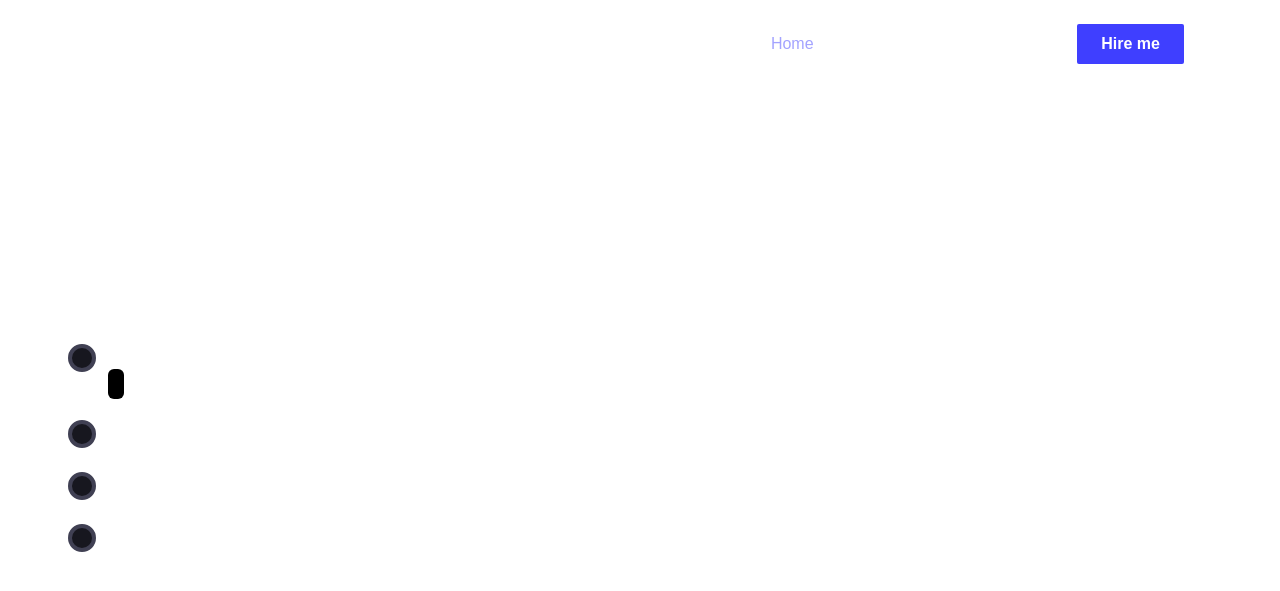
Repository: Alex0715/portfolio
Page: /
The author's editor kept a copy of each file at every save. The page is drawn from the files as they stood at one save, then again after the next save.
The browser window is 1280 px wide. The pictures show the whole page.
The project was rebuilt for these pictures with package versions that can differ from the ones it lists, and the page was loaded fresh each time. The framework's server and built-in components were replaced by stand-ins that run in the browser. Also part of the build but not shown: next.config.js.

Above is the page before, as saved 2022-02-03 21:52:34.

After the next save:
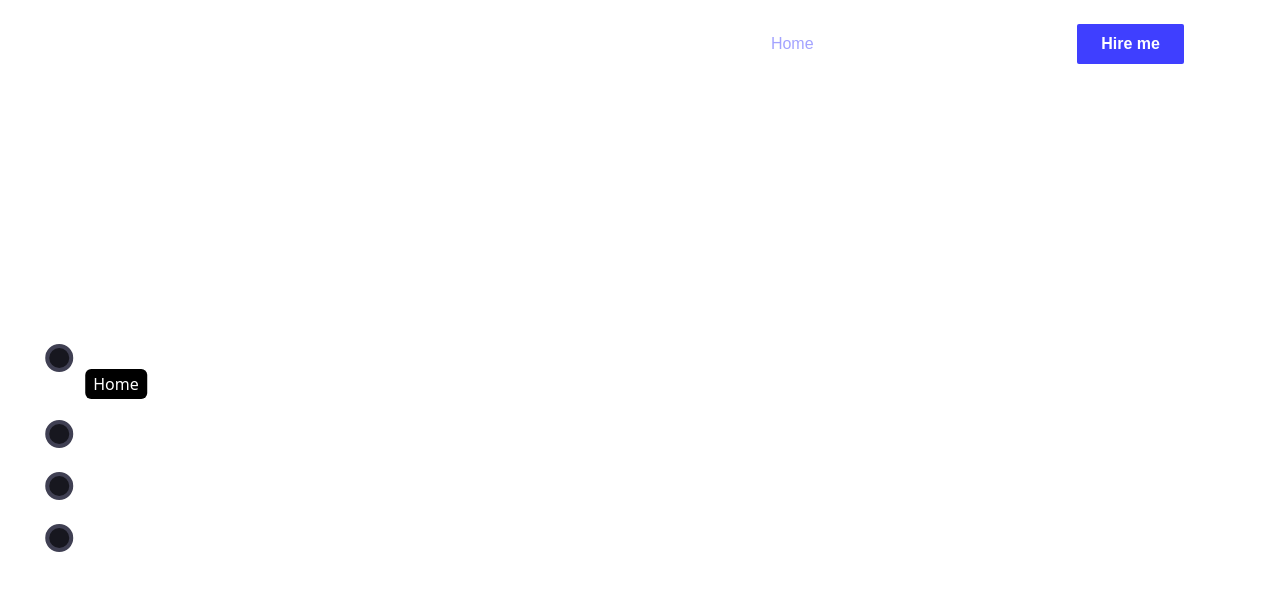
Saved 9 s later.
--- a/pages/components/Banner.js
+++ b/pages/components/Banner.js
@@ -5,7 +5,7 @@
         <nav className="inline-block lg:mr-24 lg:w-4 fixed left-percentage hidden xl:block">
         <div className="absolute left-50 transform -translate-x-1/2 space-y-6 mt-36">
         <a href="#" className="nav-dot selected-circle block w-7 h-7 rounded-full border-4 border-nav bg-body hover:bg-theme"><p className="px-8 py--1">works</p></a>
-        <span className="bg-black px-2 py-1 rounded-md ml-10 "></span>
+        <span className="bg-black px-2 py-1 rounded-md ml-10 ">Home</span>
         <a href="#" className="nav-dot selected-circle block w-7 h-7 rounded-full border-4 border-nav bg-body hover:bg-theme"><p className="px-8 py--1">works</p></a>
         <a href="#" className="nav-dot selected-circle block w-7 h-7 rounded-full border-4 border-nav bg-body hover:bg-theme"><p className="px-8 py--1">works</p></a>
         <a href="#" className="nav-dot selected-circle block w-7 h-7 rounded-full border-4 border-nav bg-body hover:bg-theme"><p className="px-8 py--1">works</p></a>
